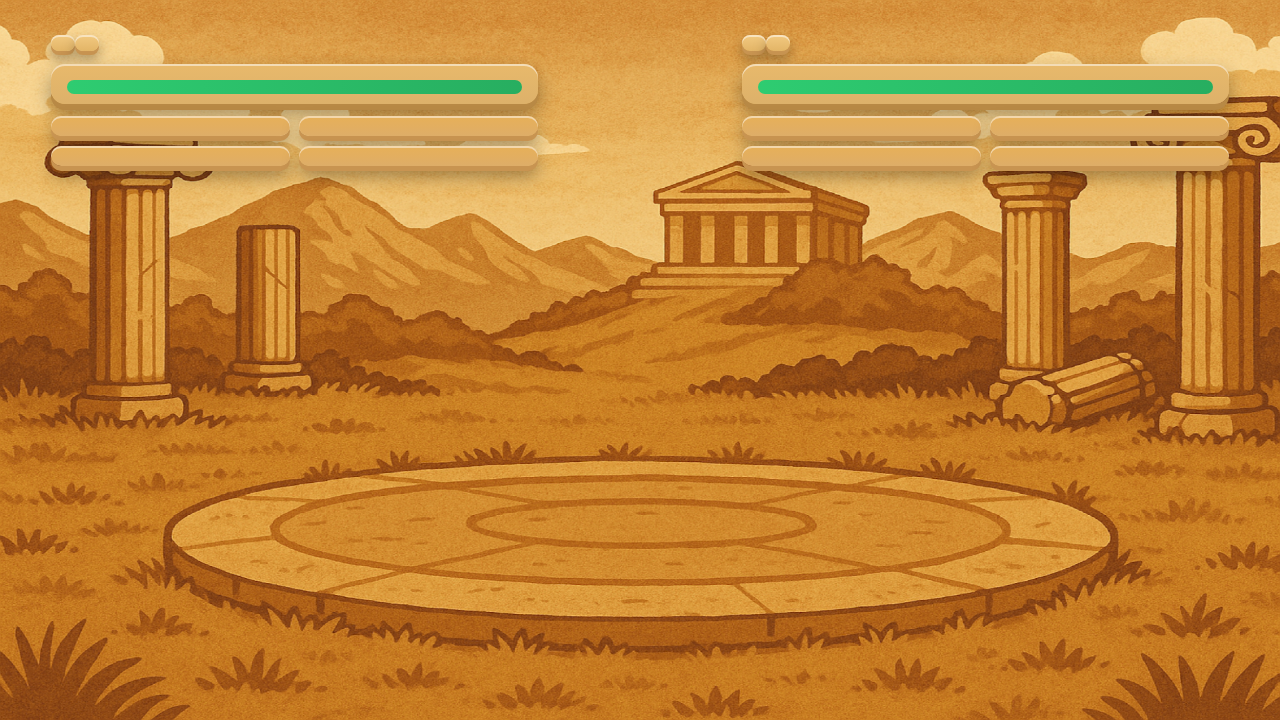
Repository: brianabariteau/Web-1-Final-Project-2025
Page: features/game/game.html
An editor plug-in stored every save of this project. The page is shown before and after the next save, followed by the edit.
The browser window is 1280 px wide. The pictures show the whole page.
Some web fonts or font styles are not loaded; a fallback is used.

Above is the page before, as saved 2025-12-23 18:25:19.

### features/game/game.html
<!DOCTYPE html>
<html lang="en">
  <head>
    <meta charset="UTF-8" />
    <meta name="viewport" content="width=device-width, initial-scale=1.0" />
    <title>MythoBattle Game</title>
    <link
      rel="icon"
      type="image/x-icon"
      href="../../assets/characters/zeus.png"
    />
    <script type="module" defer src="./game.js"></script>
    <link rel="stylesheet" href="./game.css" />
    <script
      src="https://code.jquery.com/jquery-3.7.1.min.js"
      integrity="sha256-/JqT3SQfawRcv/BIHPThkBvs0OEvtFFmqPF/lYI/Cxo="
      crossorigin="anonymous"
    ></script>
    <link
      href="https://fonts.googleapis.com/css2?family=Jersey+25&display=swap"
      rel="stylesheet"
    />
  </head>
  <body></body>
</html>

### features/game/game.js
"use strict";

import { CHARACTER_MOVES } from "../../constants/character-movesets.js";
let mode = localStorage.getItem("mode");
let player1Character = JSON.parse(localStorage.getItem("player1Character"));
let player2Character = JSON.parse(localStorage.getItem("player2Character"));

// * Functions
function renderCharacterHealth(character) {
  return `
    <div class="character">
      <div class="inner-character">
        <h1>${character.name}</h1> NAME
        <h2>${character.hp}</h2> HEALTH
      </div>
    </div>
  `;
}

function renderCharacterAbilities(character) {
  return `
    <div class="character">
      <div class="inner-character">
        <p>${CHARACTER_MOVES[character.name].ability1name}</p> ABILITY 1
        <p>${CHARACTER_MOVES[character.name].ability2name}</p> ABILITY 2
      </div>
    </div>
  `;
}

function updateGameDisplay() {
  if (!Array.isArray(characters) || characters.length === 0) return;

  // ? Player 1
  player1Name.text(player1Name.name);
  player1Move1.text(CHARACTER_MOVES[player1Name].move1name);
  player1Move2.text(CHARACTER_MOVES[player1Name].move2name);
  player1Move3.text(CHARACTER_MOVES[player1Name].move3name);
  player1Move4.text(CHARACTER_MOVES[player1Name].move4name);
  player1ability1.text(CHARACTER_MOVES[player1Name].ability1name);
  player1ability2.text(CHARACTER_MOVES[player1Name].ability2name);

  // ? Player 2
  player2Name.text(player2Name.name);
  player2Move1.text(CHARACTER_MOVES[player2Name].move1name);
  player2Move2.text(CHARACTER_MOVES[player2Name].move2name);
  player2Move3.text(CHARACTER_MOVES[player2Name].move3name);
  player2Move4.text(CHARACTER_MOVES[player2Name].move4name);
  player2ability1.text(CHARACTER_MOVES[player2Name].ability1name);
  player2ability2.text(CHARACTER_MOVES[player2Name].ability2name);
}

async function loadCharacters() {
  characters.push(player1Character, player2Character);
  updateGameDisplay();
}

// * The Background Image
const background = $("<img>")
  .addClass("background")
  .attr("src", "./assets/battle-background.png")
  .attr("alt", "Background");

// * Player 1
// ? Character Icon
const player1Icon = $("<img>").addClass("player1-icon");

// ! Battle Buttons + Progress
const player1battle = $("<div>").addClass("player1-battle");

// ? Name + Healthbar
const player1Name = $("<div>").addClass("player1-name");
const player1Health = $("<div>").addClass("player1-health");

$(player1Name).append(player1Health);

// ? Movesets
const player1Moves = $("<div>").addClass("player1-moves");
const player1Move1 = $("<button>").addClass("moves");
const player1Move2 = $("<button>").addClass("moves");
const player1Move3 = $("<button>").addClass("moves");
const player1Move4 = $("<button>").addClass("moves");

$(player1Moves).append(player1Move1, player1Move2, player1Move3, player1Move4);

// ? Abilities
const player1Abilities = $("<div>").addClass("player1-abilities");
const player1ability1 = $("<button>").addClass("player1-ability1");
const player1ability2 = $("<button>").addClass("player1-ability2");
$(player1Abilities).append(player1ability1, player1ability2);

$(player1battle).append(player1Abilities, player1Name, player1Moves);

// * Player 2
// ? Character Icon
const player2Icon = $("<img>").addClass("player-2-icon");

// ! Battle Buttons + Progress
const player2battle = $("<div>").addClass("player2-battle");

// ? Name + Healthbar
const player2Name = $("<div>").addClass("player2-name");
const player2Health = $("<div>").addClass("player2-health");

$(player2Name).append(player2Health);

// ? Movesets
const player2Moves = $("<div>").addClass("player1-moves");
const player2Move1 = $("<button>").addClass("moves");
const player2Move2 = $("<button>").addClass("moves");
const player2Move3 = $("<button>").addClass("moves");
const player2Move4 = $("<button>").addClass("moves");

$(player2Moves).append(player2Move1, player2Move2, player2Move3, player2Move4);

// ? Abilities
const player2Abilities = $("<div>").addClass("player2-abilities");
const player2ability1 = $("<button>").addClass("player2-ability1");
const player2ability2 = $("<button>").addClass("player2-ability2");
$(player2Abilities).append(player2ability1, player2ability2);

$(player2battle).append(player2Abilities, player2Name, player2Moves);

$("body").append(
  background,
  player1Icon,
  player2Icon,
  player1battle,
  player2battle
);

### features/game/game.css
/* ───────────── BASE ───────────── */

body {
  margin: 0;
  width: 100vw;
  height: 100vh;
  overflow: hidden;

  font-family: "Jersey 25", sans-serif;

  display: grid;
  grid-template-columns: 1fr 1fr;
  grid-template-rows: auto 1fr auto;
  align-items: center;
  justify-items: center;
}

/* ───────────── BACKGROUND ───────────── */

.background {
  position: fixed;
  inset: 0;
  width: 100%;
  height: 100%;
  z-index: -1;
}

/* ───────────── PLAYER SPRITES ───────────── */

.player1-icon,
.player-2-icon {
  position: absolute;
  bottom: 18%;
  width: 120px;
  image-rendering: pixelated;
}

.player1-icon {
  left: 20%;
}

.player-2-icon {
  right: 20%;
}

/* ───────────── BATTLE PANELS ───────────── */

.player1-battle,
.player2-battle {
  position: absolute;
  top: 4%;
  width: 38%;
  display: flex;
  flex-direction: column;
  gap: 0.8rem;
}

.player1-battle {
  left: 4%;
}

.player2-battle {
  right: 4%;
}

/* ───────────── NAME + HEALTH ───────────── */

.player1-name,
.player2-name {
  background: linear-gradient(to bottom, #e8b96b, #ddb16a);
  border-radius: 14px;
  padding: 10px 16px;

  box-shadow: inset 0 2px 0 rgba(255, 255, 255, 0.5), 0 6px 0 #b88945,
    0 10px 20px rgba(0, 0, 0, 0.35);

  color: #6b3f18;
  text-shadow: 1px 1px #f3d8a8;

  font-size: 1.6rem;
  letter-spacing: 2px;
}

/* Health bar container */
.player1-health,
.player2-health {
  margin-top: 6px;
  height: 14px;
  border-radius: 10px;
  background: #4b2d12;
  overflow: hidden;
}

/* Actual HP fill */
.player1-health::after,
.player2-health::after {
  content: "";
  display: block;
  height: 100%;
  width: 100%; /* change dynamically in JS later */
  background: linear-gradient(to right, #2ecc71, #27ae60);
}

/* ───────────── MOVES GRID ───────────── */

.player1-moves,
.player2-moves {
  display: grid;
  grid-template-columns: 1fr 1fr;
  gap: 0.6rem;
}

/* Ability buttons */
.moves {
  background: linear-gradient(to bottom, #e7b058, #dead68);
  border: none;
  border-radius: 14px;

  padding: 10px 14px;
  font-size: 1.2rem;
  letter-spacing: 1px;
  color: #6b3f18;
  text-shadow: 1px 1px #f3d8a8;

  cursor: pointer;

  box-shadow: inset 0 2px 0 rgba(255, 255, 255, 0.5), 0 5px 0 #c89451,
    0 10px 18px rgba(0, 0, 0, 0.35);

  transition: transform 0.12s ease, box-shadow 0.12s ease;
}

.moves:hover {
  filter: brightness(1.05);
  box-shadow: inset 0 2px 0 rgba(255, 255, 255, 0.6), 0 5px 0 #c89451,
    0 0 12px rgba(255, 210, 130, 0.7);
}

.moves:active {
  transform: translateY(4px);
  box-shadow: inset 0 2px 0 rgba(255, 255, 255, 0.4), 0 2px 0 #c89451;
}

/* ───────────── ABILITY BUTTONS ───────────── */

.player1-abilities button,
.player2-abilities button {
  flex: 1;

  background: linear-gradient(to bottom, #f2c980, #e3b567);
  border: none;
  border-radius: 14px;

  padding: 8px 12px;

  font-family: "Jersey 25", sans-serif;
  font-size: 1.05rem;
  letter-spacing: 1px;

  color: #6b3f18;
  text-shadow: 1px 1px #f3d8a8;

  cursor: default; /* abilities usually passive */
  white-space: nowrap;

  box-shadow: inset 0 2px 0 rgba(255, 255, 255, 0.5), 0 4px 0 #c89451,
    0 8px 14px rgba(0, 0, 0, 0.35);

  transition: filter 0.15s ease, transform 0.15s ease;
}

/* Optional: subtle emphasis */
.player1-abilities button:hover,
.player2-abilities button:hover {
  filter: brightness(1.05);
}

/* Optional: disabled/passive look */
.player1-abilities button:disabled,
.player2-abilities button:disabled {
  opacity: 0.85;
}

/* ───────────── MOBILE ADJUSTMENTS ───────────── */

@media (max-width: 900px) {
  .player1-battle,
  .player2-battle {
    width: 90%;
    left: 5%;
    right: 5%;
  }

  .player1-icon,
  .player-2-icon {
    width: 90px;
    bottom: 10%;
  }

  .player1-icon {
    left: 10%;
  }

  .player-2-icon {
    right: 10%;
  }
}

### constants/character-movesets.js
import { CUSTOM_STATS } from "./characters.js";

export const CHARACTER_MOVES = {
  Zeus: {
    move1name: "Thunderbolt Wrath",
    move2name: "Skybreaker Slam",
    move3name: "Stormcaller Command",
    move4name: "God of Thunder",
    move1effects() {},
    move2effects() {},
    move3effects() {},
    move4effects() {},
    ability1name: "Sky/Lightning",
    ability2name: "King's Wrath",
    ability1effect() {},
    ability2effect() {},
  },
};

### constants/characters.js
export const SPECIFIC_CHARACTERS = [
  "Zeus",
  "Athena",
  "Hestia",
  "Apollo",
  "Artemis",
  "Poseidon",
  "Hades",
  "Demeter",
  "Aphrodite",
  "Hera",
  "Dionysus",
  "Ares",
  "Hephaestus",
  "Persephone",
  "Hermes",
  "Nyx",
  "Hypnos",
  "Thanatos",
  "Morpheus",
  "Asclepius",
];

export const CUSTOM_SPRITES = {
  Zeus: "../../assets/characters/zeus.png",
  Athena: "../../assets/characters/athena.png",
  Hestia: "../../assets/characters/hestia.png",
  Apollo: "../../assets/characters/apollo.png",
  Artemis: "../../assets/characters/artemis.png",
  Poseidon: "../../assets/characters/poseidon.png",
  Hades: "../../assets/characters/hades.png",
  Demeter: "../../assets/characters/demeter.png",
  Aphrodite: "../../assets/characters/aphrodite.png",
  Hera: "../../assets/characters/hera.png",
  Dionysus: "../../assets/characters/dionysus.png",
  Ares: "../../assets/characters/ares.png",
  Hephaestus: "../../assets/characters/hephaestus.png",
  Persephone: "../../assets/characters/persephone.png",
  Hermes: "../../assets/characters/hermes.png",
  Nyx: "../../assets/characters/nyx.png",
  Hypnos: "../../assets/characters/hypnos.png",
  Thanatos: "../../assets/characters/thanatos.png",
  Morpheus: "../../assets/characters/morpheus.png",
  Asclepius: "../../assets/characters/asclepius.png",
};

export const CUSTOM_STATS = {
  Zeus: {
    tier: "Tier 1",
    tierName: "The Big Three",
    hp: 150,
    attack: 110,
    defense: 95,
    speed: 120,
    power: 150,
    resilience: 100,
    stamina: 110,
    domainMastery: "Sky/Lightning",
    masteryDesc: "+25% electric damage",
    specialTrait: "King's Wrath",
    traitDesc: "10% chance to smite enemy for bonus true damage",
  },
  Athena: {
    tier: "Tier 3",
    tierName: "Middle Olympians",
    hp: 140,
    attack: 100,
    defense: 120,
    speed: 105,
    power: 115,
    resilience: 130,
    stamina: 110,
    domainMastery: "Wisdom/Strategy",
    masteryDesc: "Team defense +10%",
    specialTrait: "Perfect Counter",
    traitDesc: "30% chance to auto-block melee attacks",
  },
  Hestia: {
    tier: "Tier 2",
    tierName: "Elder Olympians",
    hp: 140,
    attack: 80,
    defense: 120,
    speed: 85,
    power: 110,
    resilience: 130,
    stamina: 150,
    domainMastery: "Hearth Fire",
    masteryDesc: "Healing + burn damage boosts",
    specialTrait: "Warmth of Home",
    traitDesc: "Grants minor healing each turn to allies",
  },
  Apollo: {
    tier: "Tier 3",
    tierName: "Middle Olympians",
    hp: 130,
    attack: 95,
    defense: 80,
    speed: 125,
    power: 140,
    resilience: 90,
    stamina: 110,
    domainMastery: "Light/Music",
    masteryDesc: "+20% light damage",
    specialTrait: "Prophetic Strike",
    traitDesc: "First attack always crits",
  },
  Artemis: {
    tier: "Tier 3",
    tierName: "Middle Olympians",
    hp: 120,
    attack: 110,
    defense: 85,
    speed: 135,
    power: 105,
    resilience: 95,
    stamina: 115,
    domainMastery: "Moon/Hunt",
    masteryDesc: "+25% crit chance on moving targets",
    specialTrait: "Hunter's Mark",
    traitDesc: "First hit on any enemy does bonus damage",
  },
  Poseidon: {
    tier: "Tier 1",
    tierName: "The Big Three",
    hp: 160,
    attack: 115,
    defense: 110,
    speed: 100,
    power: 140,
    resilience: 120,
    stamina: 115,
    domainMastery: "Sea",
    masteryDesc: "+20% water damage, +30% damage when fighting near water",
    specialTrait: "Tidal Fury",
    traitDesc: "Consecutive attacks increase in damage",
  },
  Hades: {
    tier: "Tier 1",
    tierName: "The Big Three",
    hp: 170,
    attack: 95,
    defense: 140,
    speed: 80,
    power: 130,
    resilience: 150,
    stamina: 90,
    domainMastery: "Underworld",
    masteryDesc: "+30% damage vs undead/fear/sleep",
    specialTrait: "Soul Drain",
    traitDesc: "Steals HP on hit (5% of damage dealt)",
  },
  Demeter: {
    tier: "Tier 2",
    tierName: "Elder Olympians",
    hp: 145,
    attack: 85,
    defense: 115,
    speed: 80,
    power: 125,
    resilience: 110,
    stamina: 130,
    domainMastery: "Harvest",
    masteryDesc: "+20% regeneration, +25% poison resistance",
    specialTrait: "Fallow Curse",
    traitDesc: "Can reduce enemy Attack temporarily",
  },
  Aphrodite: {
    tier: "Tier 4",
    tierName: "Younger Olympians",
    hp: 120,
    attack: 70,
    defense: 80,
    speed: 110,
    power: 115,
    resilience: 85,
    stamina: 100,
    domainMastery: "Charm",
    masteryDesc: "25% chance enemies skip turn",
    specialTrait: "Irresistible Aura",
    traitDesc: "First strike against her does half damage",
  },
  Hera: {
    tier: "Tier 2",
    tierName: "Elder Olympians",
    hp: 150,
    attack: 90,
    defense: 120,
    speed: 90,
    power: 125,
    resilience: 120,
    stamina: 120,
    domainMastery: "Queenship",
    masteryDesc: "Team buffs stronger by 20%",
    specialTrait: "Divine Authority",
    traitDesc: "Immune to charm and can reflect debuffs",
  },
  Dionysus: {
    tier: "Tier 4",
    tierName: "Younger Olympians",
    hp: 130,
    attack: 85,
    defense: 85,
    speed: 95,
    power: 120,
    resilience: 90,
    stamina: 130,
    domainMastery: "Madness",
    masteryDesc: "Debuffs 20% stronger",
    specialTrait: "Ecstatic Frenzy",
    traitDesc: "Random buffs each turn",
  },
  Ares: {
    tier: "Tier 3",
    tierName: "Middle Olympians",
    hp: 150,
    attack: 145,
    defense: 100,
    speed: 110,
    power: 95,
    resilience: 100,
    stamina: 120,
    domainMastery: "War",
    masteryDesc: "+15% damage per hit taken",
    specialTrait: "Bloodlust",
    traitDesc: "Attack increases each time he deals damage",
  },
  Hephaestus: {
    tier: "Tier 4",
    tierName: "Younger Olympians",
    hp: 140,
    attack: 130,
    defense: 135,
    speed: 65,
    power: 115,
    resilience: 110,
    stamina: 100,
    domainMastery: "Forge",
    masteryDesc: "+20% damage with crafted weapons",
    specialTrait: "Molten Skin",
    traitDesc: "Reduces fire damage to 0",
  },
  Persephone: {
    tier: "Tier 5",
    tierName: "Minor Gods",
    hp: 125,
    attack: 75,
    defense: 90,
    speed: 95,
    power: 110,
    resilience: 100,
    stamina: 120,
    domainMastery: "Spring/Underworld",
    masteryDesc: "Alternating form bonuses",
    specialTrait: "Dual Aspect",
    traitDesc: "Stats change each season (Spring boost/Underworld boost)",
  },
  Hermes: {
    tier: "Tier 4",
    tierName: "Younger Olympians",
    hp: 115,
    attack: 90,
    defense: 75,
    speed: 160,
    power: 100,
    resilience: 80,
    stamina: 140,
    domainMastery: "Speed/Trickery",
    masteryDesc: "+20% dodge",
    specialTrait: "Swift Step",
    traitDesc: "Gains an extra small action each turn",
  },
  Nyx: {
    tier: "Tier 0",
    tierName: "Primordial",
    hp: 170,
    attack: 100,
    defense: 120,
    speed: 110,
    power: 160,
    resilience: 140,
    stamina: 120,
    domainMastery: "Night/Void",
    masteryDesc: "+30% shadow damage, +20% evasion in darkness",
    specialTrait: "Primordial Aura",
    traitDesc: "Debuffs have double duration; immune to Sleep and Fear",
  },
  Hypnos: {
    tier: "Tier 5",
    tierName: "Minor Gods",
    hp: 110,
    attack: 60,
    defense: 75,
    speed: 70,
    power: 120,
    resilience: 95,
    stamina: 130,
    domainMastery: "Sleep",
    masteryDesc: "+30% chance to inflict sleep",
    specialTrait: "Dream Veil",
    traitDesc: "20% damage reduction from melee",
  },
  Thanatos: {
    tier: "Tier 5",
    tierName: "Minor Gods",
    hp: 115,
    attack: 90,
    defense: 85,
    speed: 120,
    power: 100,
    resilience: 110,
    stamina: 100,
    domainMastery: "Death",
    masteryDesc: "Kills low-HP enemies instantly",
    specialTrait: "Reaper's Touch",
    traitDesc: "Critical hits do double true damage",
  },
  Morpheus: {
    tier: "Tier 5",
    tierName: "Minor Gods",
    hp: 105,
    attack: 70,
    defense: 80,
    speed: 100,
    power: 125,
    resilience: 85,
    stamina: 110,
    domainMastery: "Dreams",
    masteryDesc: "Illusions reduce enemy accuracy",
    specialTrait: "Shifting Form",
    traitDesc: "15% chance to avoid attacks entirely",
  },
  Asclepius: {
    tier: "Tier 5",
    tierName: "Minor Gods",
    hp: 120,
    attack: 50,
    defense: 85,
    speed: 90,
    power: 135,
    resilience: 110,
    stamina: 150,
    domainMastery: "Healing",
    masteryDesc: "+30% healing power",
    specialTrait: "Miracle Touch",
    traitDesc: "Once per battle revive ally to 30% HP",
  },
};

After the next save:
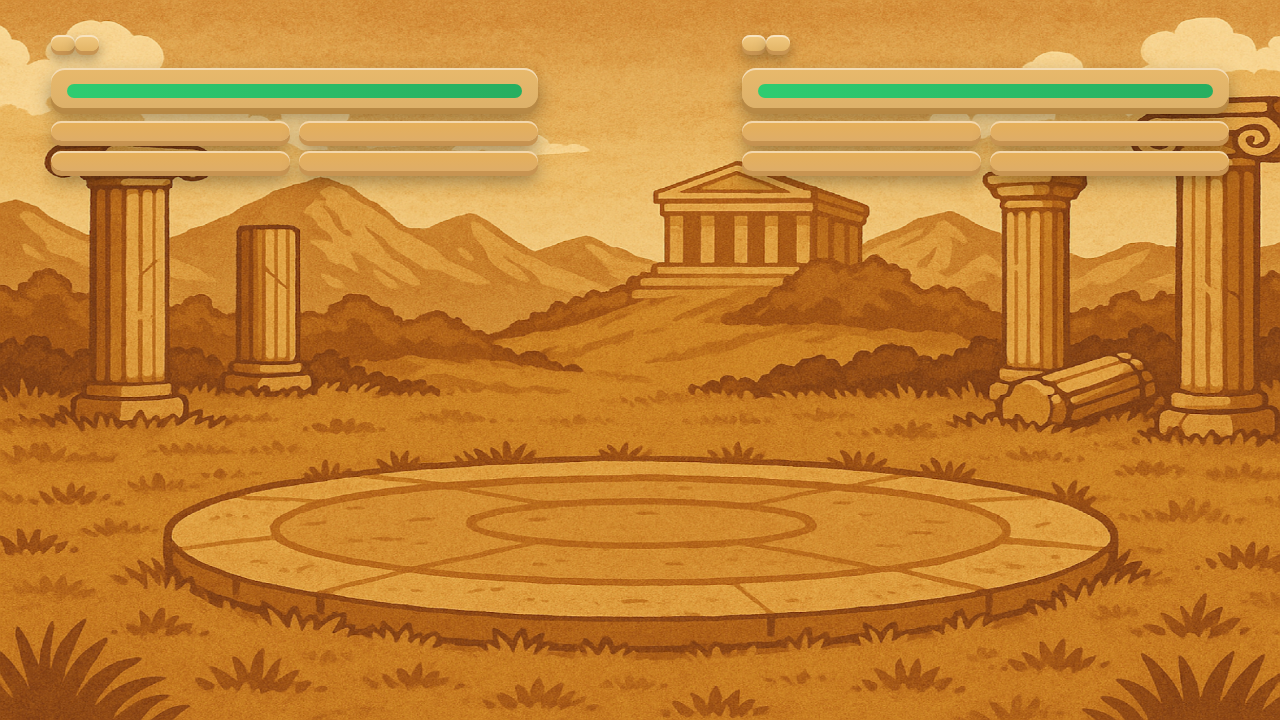
Saved 24 s later.
--- a/features/game/game.css
+++ b/features/game/game.css
@@ -181,6 +181,11 @@ body {
   opacity: 0.85;
 }
 
+.player1-abilities,
+.player2-abilities {
+  margin-bottom: 0.3rem;
+}
+
 /* ───────────── MOBILE ADJUSTMENTS ───────────── */
 
 @media (max-width: 900px) {
